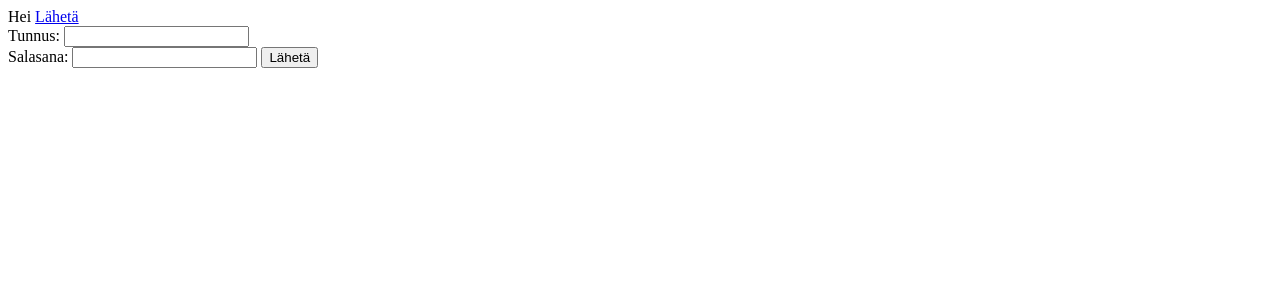
Repository: Zonkku/Valmistautuminen
Page: http://localhost/Kommunikaatio/Kysy.jsp
The author's editor kept a copy of each file at every save. The page is drawn from the files as they stood at one save, then again after the next save.
The browser window is 1280 px wide. The pictures show the whole page.
The page is served by Tomcat 9.

Above is the page before, as saved 2020-04-17 07:41:03.

After the next save:
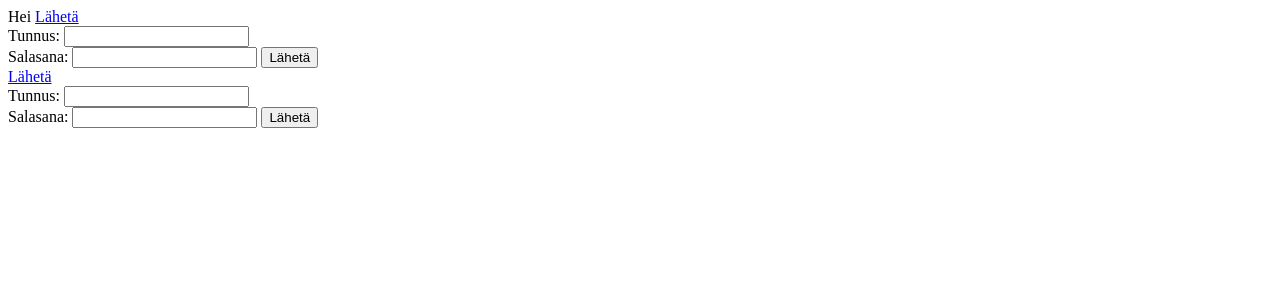
Saved 28 min 7 s later.
--- a/Kommunikaatio/WebContent/Kysy.jsp
+++ b/Kommunikaatio/WebContent/Kysy.jsp
@@ -9,6 +9,13 @@
 </head>
 <body>
 Hei
+<a href="toka.jsp?nimi=jaska&ika=10">Lähetä</a>
+<form action="kolmas.jsp" method="GET">
+	Tunnus: <input type="text" name="tunnus"><br>
+	Salasana: <input type="password" name="pwd">
+	<input type="submit" value="Lähetä">
+</form>
+
 
 <a href="nayta.jsp?tunnus=Sonkkuli&pwd=10">Lähetä</a>
 
